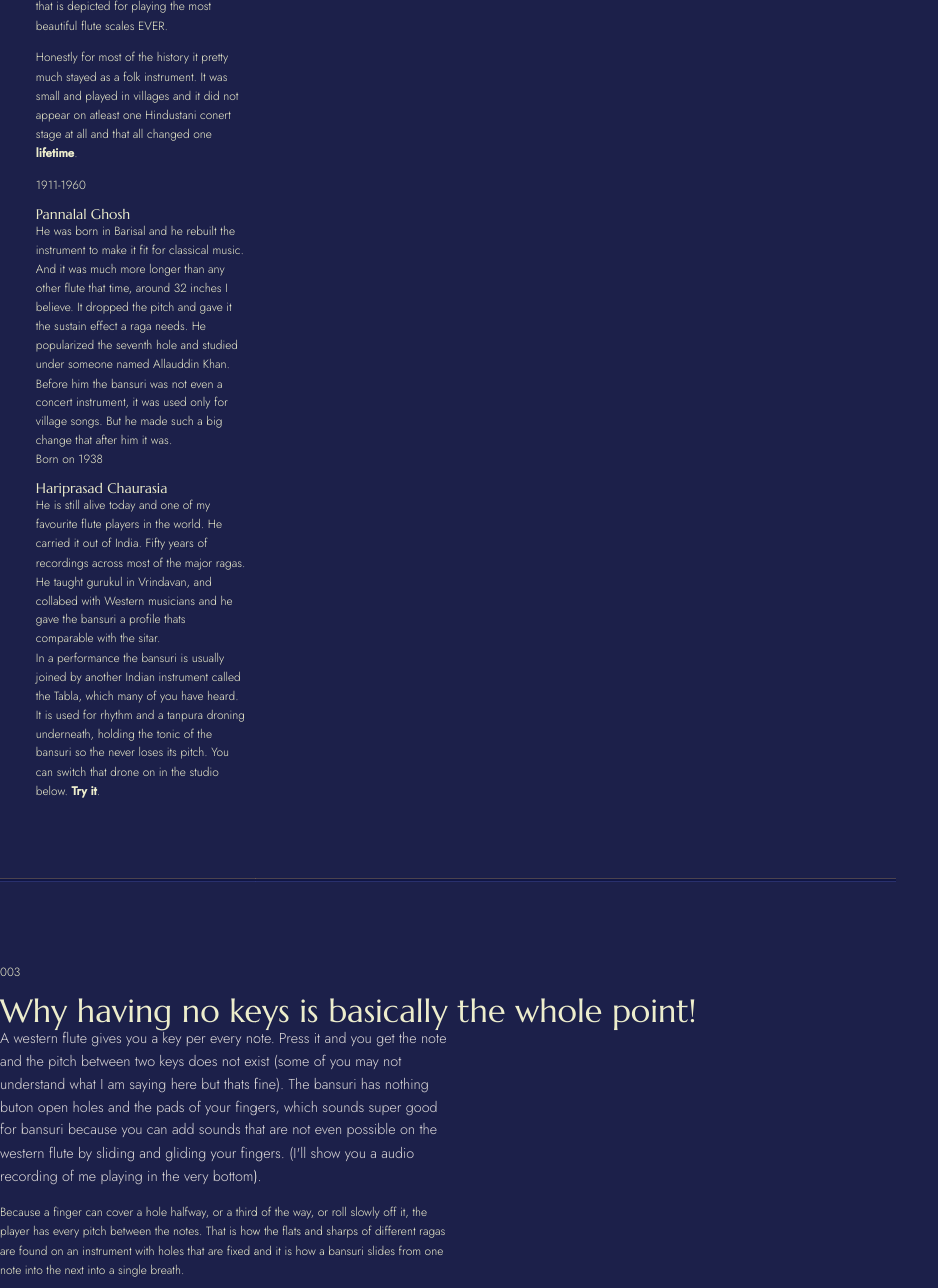
Repository: manayparikh1/Bansi
Page: index.html
An editor plug-in stored every save of this project. The page is shown before and after the next save, followed by the edit.
The browser window is 1280 px wide. The page is 1340 px wide, so the pictures cover 1340 px, including what lies to the right of the window. The pictures show the part of the page from y = 3022 to 4862 px (the page is 5730 px tall before and 5775 px after), at 70% of full size.

Above is the page before, as saved 2026-09-20 21:11:19.

### index.html
<!DOCTYPE html>
<html lang="en">

<head>
    <meta charset="utf-8">
    <meta name="viewport" content="width=device-width, initial-scale=2.0">
    <title>Bansuri ——— the flute with NO keys</title>
    <link rel="preconnect" href="https://fonts.googleapis.com">
    <link rel="preconnect" href="https://fonts.gstatic.com" crossorigin>
    <link href="https://fonts.googleapis.com/css2?family=Marcellus&family=Jost:wght@300;400;500&display=swap"
        rel="stylesheet">
    <link rel="stylesheet" href="style.css">
</head>

<body>
    <div class="stars"></div>
    <nav class="bar">
        <span class="mark">बाँसुरी</span>
        <div class="links">
            <a href="#what">The bamboo object</a>
            <a href="#story">The story of it</a>
            <a href="#play">How is it actually played?</a>
            <a href="#studio" class="hot">Wanna try it?</a>
        </div>
    </nav>
    <!-- ===Hero=== -->
    <header class="hero" id="top">
        <div class="hero-inner">
            <p class="eyebrow">A cylinder full of life...and bamboo. Six holes. No keys, reeds, or metal anywhere.</p>
            <h1>The flute that<br>breaths like<br><em>a voice</em></h1>
            <p class="stand">
                There is actually nothing inside a bansuri. It is a piece of bamboo that comes in all shapes and sizes.
                And it is closed at one end with the holes of it burned throughout it on its surface by hand. Everything
                else comes out of a player's fingers and breath.
            </p>
            <a class="cta" href="#studio">Play one below? Scroll down.</a>
        </div>

        <div class="hero-flute">
            <div class="tube big">
                <span class="node n1"></span>
                <span class="node n2"></span>
                <span class="blow"></span>
                <span class="hole h0"></span>
                <span class="hole h1"></span>
                <span class="hole h2"></span>
                <span class="hole h3"></span>
                <span class="hole h4"></span>
                <span class="hole h5"></span>
            </div>
        </div>
        <a class="scroll-hint" href="#what">scroll</a>
    </header>

    <!-- ==1. the object-->
    <section class="band" id="what">
        <div class="wrap two-col">
            <div class="col-head">
                <p class="num">01</p>
                <h2>What even is a Bansuri?</h2>
            </div>
            <div class="col-body">
                <p class="lead">
                    A bansuri is a piece of bamboo and it is closed at one end with a blowing hole cut a few centimeters
                    from the end thats closed and that are around 6 to 7 finger holes running down the body of it (the
                    bamboo). That is basically the entire design, so no mechnical keys or any kind of mechanism is
                    added.
                </p>
                <p>
                    Flutists or flautists hold it sideways and they angle it slightly down to the right, and blow across
                    the edge of the hole instead of actually into it. The length of the bamboo decides the pitch of the
                    sound.
                </p>
                <div class="fact">
                    <b>6, 7</b>
                    <span>holes instead of keys for your fingers</span>
                </div>
                <div class="fact"><b>2.5</b><span>the octaves from six different holes</span></div>
                <div class="fact"><b>30, 75</b></div>
                <div class="fact"><b>1</b></span>piece of bamboo</div>
            </div>]

            <p class="aside-note">
                The same exact instrument turns up across the subcontinent under dozens of names for example bansi,
                marali,
                pullankuzhal, and venuvu and in the south its called venu which is basically a type of bansuri and it
                has I
                think eight holes and it plays with a bright tone in my opinion.
            </p>
        </div>
        </div>
    </section>
    <!-- == 2.story -->
    <section class="band tint" id="story">
        <div class="wrap two-col">
            <div class="col-head">
                <p class="num">02</p>
                <h2>From being a cow herdler to performing in a concert hall.</h2>
            </div>
            <div class="col-body">
                <p class="hello">
                    The bamboo flute (bansuri) is so old that nobody can actuall date it. And it is carved into various
                    religious temple walls like Buddhist, Hindu, and Jain. It is super important for Krishna, who is a
                    Hindu god that is depicted for playing the most beautiful flute scales EVER.
                </p>
                <p>
                    Honestly for most of the history it pretty much stayed as a folk instrument. It was small and played
                    in villages and it did not appear on atleast one Hindustani conert stage at all and that all changed
                    one <strong>lifetime</strong>.
                </p>

                <div class="people">
                    <div class="person">
                        <p class="years">1911-1960</p>
                        <h3>Pannalal Ghosh</h3>
                        <p>
                            He was born in Barisal and he rebuilt the instrument to make it fit for classical music. And
                            it was much more longer than any other flute that time, around 32 inches I believe. It
                            dropped the pitch and gave it the sustain effect a raga needs. He popularized the seventh
                            hole and studied under someone named Allauddin Khan. Before him the bansuri was not even a
                            concert instrument, it was used only for village songs. But he made such a big change that
                            after him it was.
                        </p>
                    </div>
                    <div class="person">
                        <p class="years">Born on 1938</p>
                        <h3>Hariprasad Chaurasia</h3>
                        <p>
                            He is still alive today and one of my favourite flute players in the world. He carried it
                            out of India. Fifty years of recordings across most of the major ragas. He taught gurukul in
                            Vrindavan, and collabed with Western musicians and he gave the bansuri a profile thats
                            comparable with the sitar.
                        </p>
                    </div>
                </div>
                <p class="tabla">
                    In a performance the bansuri is usually joined by another Indian instrument called the Tabla, which
                    many of you have heard. It is used for rhythm and a tanpura droning underneath, holding the tonic of
                    the bansuri so the never loses its pitch. You can switch that drone on in the studio below.
                    <strong>Try it</strong>.
                </p>
            </div>
        </div>
    </section>
    <!--==3. how is it ac played-->
    <section class="band" id="play" <div class="wrap two-col">

        <div class="col-head" <p class="num">003</p>
            <h2>Why having no keys is basically the whole point!</h2>
            <div>
                <div class="col-body">
                    <p class="lead">
                        A western flute gives you a key per every note. Press it and you get the note and the pitch
                        between two keys does not exist (some of you may not understand what I am saying here but thats
                        fine). The bansuri has nothing buton open holes and the pads of your fingers, which sounds super
                        good for bansuri because you can add sounds that are not even possible on the western flute by
                        sliding and gliding your fingers. (I'll show you a audio recording of me playing in the very
                        bottom).
                    </p>
                    <p>
                        Because a finger can cover a hole halfway, or a third of the way, or roll slowly off it, the
                        player has every pitch between the notes. That is how the flats and sharps of different ragas
                        are found on an instrument with holes that are fixed and it is how a bansuri slides from one
                        note into the next into a single breath.
                    </p>
                    <p>
                        The seven swaras are <b>Sa Re Ga Ma Pa Dha Ni</b>, and Sa is not a fixed frequency surprisingly.
                        It is wherever the flute of the player sits.
                    </p>
                    <div class="rowforswaras">
                        <span>सा<i>Sa</i></span><span>रे<i>Re</i></span><span>ग<i>Ga</i></span>
                        <span>म<i>Ma</i></span><span>प<i>Pa</i></span><span>ध<i>Dha</i></span>
                        <span>नि<i>Ni</i></span>
                    </div>
                </div>
            </div>
    </section>
    <!-- ===4.Studio=== -->
    <section class="thestudio" id="thestudio">
        <div class="wrap">
            <header class="studio-head">
                <p class="gold">The studio</p>
                <h2>Play it <strong>without</strong> blowing</h2>
                <p class="studiosub">
                    Press the swara pads or use the row of your keyboard
                    <kbd>A</kbd><kbd>S</kbd><kbd>D</kbd><kbd>F</kbd><kbd>G</kbd><kbd>H</kbd><kbd>J</kbd><kbd>K</kbd>.
                    Hold a note to keep it sustained and the flute above will show you which holes a real player would
                    be covering (as an example).
                </p>
            </header>
            <!-- the main primary instrument with the actually tube creation-->
            <div class="instrument" id="theflute">
                <div class="tube">
                    <span class="node n1"></span>
                    <span class="node n2"></span>
                    <span class="node n3"></span>
                    <span class="blow"></span>
                    <span class="hole h0" id="h0"></span>
                    <span class="hole h1" id="h1"></span>
                    <span class="hole h2" id="h2"></span>
                    <span class="hole h3" id="h3"></span>
                    <span class="hole h4" id="h4"></span>
                    <span class="hole h5" id="h5"></span>
                    <!-- only these much holes are enough because its good for beginners. -->
                </div>
                <p class="breath" id="breath">resting</p>
            </div>
            <!-- Controls -->
            <div class="thedesk">
                <div class="set">
                    <p class="set-label">Raga Colour</p>
                    <div class="thechips" id="thaats">
                        <button type="button" class="chip on" data-thaat="bilwal">Bilwal<i>all natural</i></button>
                        <button type="button" class="chip" data-thaat="yaman">Yaman<i>Ma is sharp</i></button>
                        <button type="button" class="chip" data-thaat="bhairav">Bhairav<i>Re and Dha is flat</i>
                        </button>
                        <button type="button" class="chip" data-thaat="kafi">Kafi<i>Ga and Ni is flat</i></button>
                    </div>
                </div>
                <div class="set">
                    <!-- testing straight from my flute -->
                </div>
                <p class="set-label">Length of the bamboo</p>
                <div class="thechips" id="sizes">
                    <button type="button" class="chip" data-base="220.00">Long<i>deep</i></button>
                    <button type="button" class="chip on" data-base="293.66">Medium<i>middle</i></button>
                    <button type="button" class="chip" data-base="392.00">Short<i>bright</i></button>
                </div>
            </div>
            <div class="set">
                <p class="set-label">Tanpura</p>
                <div class="thechips">
                    <button type="button" class="chip" id="drone">Drone Off</button>
                </div>
            </div>
        </div>
        <!-- Swara pads for the fingerings virtual padss-->
        <div class="thepads" id="thepads"></div>
        <p class="thefootnote">
            It has real fingering and it is super simplified: the lower four swaras are created by uncovering the holes
            one at a time at any speed you want, and the upper four repeat those shapes while the player blows harder
            with more embochure to jump an octave (I will show you that later). The flats and sharps that seperate one
            raga from another are actually found by covering half the hole, which a mouse, cursor or whatever you are
            using to test will not be able to imitate. So you need a real one for that.
        </p>
        </div>
    </section>
    <div class="wrap">
        <!-- this is written in devanagri and it is written the same in hindi and nepali बाँसुरी : flute-->
        <footer class="foot">
            <p class="foot-big">बाँसुरी</p>
            <p>A page about a hollow stick that can play as if it sings.</p>
            <p class="small">
                The sound is generated live with the Web Audio Api. If you want to see a page of me with audios of
                playing flute scroll down to the bottom.
            </p>
    </div>
    </footer>
    <!-- above is gonna be the footer -->
    <script src="app.js"></script>
</body>

</html>

### style.css
:root {
    --night: #1c204a;
    --violet: #30397d;
    --deep: #101644;
    --cream: #ededcc;
    --bamboo: #C9A15c;
    --bamboo2: #C9A15c;
    --marigold: #ec9c40;
    --rose: #f17458;
    --peacock: #49925e;
    --muted: #f2f2f2;
    --wrap: 1360px;
    --pad: clamp(20px, 4vw, 64px);
}

* {
    box-sizing: border-box;
}

html {
    scroll-behavior: smooth;
}

body {
    margin: 0;
    color: var(--cream);
    background: var(--night);
    font-family: 'Jost', Helvetica, Arial, sans-serif;
    font-size: 17px;
    font-weight: 300;
    line-height: 1.6;
    overflow-x: hidden;
}

h1,
h2,
h3 {

    font-family: 'Marcellus', Georgia, serif;
    font-weight: 410;
    margin: 0;
    line-height: 1.0;
}

p {
    margin: 0 0 1.1em;
}

p:last-child {
    margin-bottom: 0;
}

b {
    font-weight: 500;
    color: var(--bamboo);
}

em {
    font-style: normal;
    color: var(--marigold);
}

.wrap {
    width: 100%;
    max-width: var(--wrap);
    margin: 0 auto;
    padding: 0 var(--pad);
}

/*-- the field where stars are gonna be added --*/
.stars {
    position: fixed;
    inset: 0;
    z-index: 0;
    pointer-events: none;

    background-image: radial-gradient(1.4px 1.4px at 13% 18%, rgba(243, 234, 217, 0.55) 50%, transparent 51%),
        radial-gradient(1.2px 1.2px at 34% 63%, rgba(243, 234, 217, 0.4) 50%, transparent 51%),
        radial-gradient(1.6px 1.6px at 58% 24%, rgba(243, 234, 217, 0.5) 50%, transparent 51%),
        radial-gradient(1.2px 1.2px at 77% 69%, rgba(243, 234, 217, 0.36) 50%, transparent 51%),
        radial-gradient(1.5px 1.5px at 90% 35%, rgba(243, 234, 217, 0.45) 50%, transparent 51%),
        radial-gradient(1.2px 1.2px at 25% 85%, rgba(243, 234, 217, 0.35) 50%, transparent 51%),
        radial-gradient(1.3px 1.3px at 66% 88%, rgba(243, 234, 217, 0.39) 50%, transparent 51%),
}

body>*:not(.stars) {
    position: relative;
    z-index: 1;
}

/*-- Nav --*/
.bar {
    position: sticky;
    top: 0;
    z-index: 30;
    display: flex;
    justify-content: space-between;
    align-items: center;
    gap: 20px;
    backdrop-filter: blur(8px);
    border-bottom: 1px solid #2a2a5f;
    padding: 15px var(--pad);
    background: rgba(30, 36, 81, 0.87);
}

.mark {
    font-size: 22px;
    font-family: 'Marcellus', serif;
    color: var(--bamboo);
}

.links {
    display: flex;
    gap: 25px;
    flex-wrap: wrap;
}

.links a {
    font-size: 15px;
    color: var(--muted);
    text-decoration: none;
}

.links a:hover {
    color: var(--cream);
}

/* No matter what, marigold should be used for the hot class,
so !important is added to override any other styles that may be applied to it. */
.hot {
    color: var(--marigold) !important;
}

/*hero*/
/* I change the view height a bit to make it more visually appealing */
.hero {
    position: relative;
    min-height: calc(100vh - 57px);
    min-height: calc(100svh - 57px);
    display: flex;
    flex-direction: column;
    justify-content: center;
    padding: 40px var(--pad) 70px;
    background:
        radial-gradient(1100px 620px at 78% 22%, rgba(35, 42, 92, 0.85) 0%, transparent 70%),
        radial-gradient(760px 423px at 8% 85%, rgba(31, 165, 160, 0.1), transparent 70%);
}

.hero-inner {
    max-width: 680px;
}

.eyebrow {
    font-size: 12.5px;
    letter-spacing: 0.22em;
    text-transform: uppercase;
    color: var(--peacock);
    margin-bottom: 22px;
}

.eyebrow.g {
    color: var(--marigold);
}

h1 {
    font-size: clamp(42px, 6.6vw, 96px);
    margin-bottom: 26px;
}

.stand {
    max-width: 56ch;
    font-size: clamp(17px, 2.1vw, 22px);
    color: #7f7f7f;
    margin-bottom: 29px;
}

.cta {
    display: inline-block;
    letter-spacing: 0.05em;
    background: var(--bamboo);
    padding: 14px 29px;
    font-size: 15px;
    color: var(--night);
}

.cta:hover {
    background: var(--marigold);
}

.hero-flute {
    position: absolute;
    right: -5%;
    bottom: 11%;
    width: 62%;
    max-width: 890px;
    transform: rotate(-13.5deg);
    opacity: 0.945;
    pointer-events: none;
    animation: float 9s ease-in-out infinite;
}

/*helps with the animation of the design*/
.scroll-hint {
    position: absolute;
    left: var(--pad);
    bottom: 25px;
    letter-spacing: 0.3em;
    text-transform: uppercase;
    color: var(--muted);
    font-size: 12px;
}

/*bambooo*/
.tube {
    position: relative;
    border-radius: 26px;
    height: 54px;
    background: linear-gradient(180deg, var(--bamboo) 0%, var(--bamboo2) 62%, #6F5124 100%);
}

/*be careful of spacing because there was syntax-errors*/
.tube.big {
    height: 62px;
    border-radius: 30px;
}

.node {
    position: absolute;
    top: 0;
    bottom: 0;
    width: 9px;
    background: rgba(73, 55, 46, 0.5)
}

/* THE FLUTE PIC TyPE OF THING WILL BE ON THE TOP OF THE PAGE (not the testing one) */
.n1 {
    left: 22%
}

.n2 {
    left: 62%;
}

.n3 {
    left: 90%;
}

.blow {
    position: absolute;
    left: 7%;
    top: 50%;
    width: 26px;
    height: 20px;
    margin-top: -10px;
    border-radius: 50%;
    background: rgba(73, 55, 46, 0.5);
}

.hole {
    position: absolute;
    top: 50%;
    width: 20px;
    height: 20px;
    margin-top: -11px;
    border-radius: 50%;
    background: rgba(73, 55, 46, 0.5);
    transition: background 0.09s, box-shadow 0.09s;
}

.h0 {
    left: 31.5%;
}

.h1 {
    left: 41.5%;
}

.h2 {
    left: 51%;
}

.h3 {
    left: 69%;
}

.h4 {
    left: 76.5%;
}

.h5 {
    left: 84%;
}

/*--the bands*/
/*it is the titles of the whole thing (very important for looks+organization*/
.band {
    padding: clamp(70px, 9vw, 130px) 0;
    /*changing it into a dual line which willl look SUPER awesome*/
    border-top: 1px solid var(--violet);
    box-shadow: 0 -3px 0 0 var(--deep), 0 -4px 0 0 rgba(201, 161, 92, 0.4);
}

.band.tint {
    background: linear-gradient(170deg, var(--), var(--night));
}

.two-col {
    display: grid;
    grid-template-columns: minmax(200px, 300px);
    gap: clamp(28px, 5vw, 80px);
    align-items: start;
}

.num {
    font-family: 'Marcellus', serif;
    color: var(--rose);
    margin-bottom: 15px;
    font-size: 16px;
}

h2 {
    font-size: clamp(30px, 3.6vw, 52px);
}

.col-body {
    max-width: 66ch;
}

.lead {
    font-size: clamp(18px, 1.6vw, 21px);
    color: #dcd8d8;
}

.aside-note {
    margin: 26px;
    padding: 18px 22px;
    border-left: 2px solid var(--peacock);
    color: var(--muted);
    font-size: 15px;
}

/*the facts strip with the famous figures*/
.facts {
    display: grid;
    grid-template-columns: repeat(auto-fit, minmax(min(130px, 100%), 1fr));
    gap: 18px;
    /*looks better for reading:*/
    margin-top: 34px;
    margin-bottom: 4px;
    padding-top: 26px;
    border-top: 1px solid var(--violet);
}

.fact b {
    display: block;
    font-family: 'Marcellus', Georgia, serif;
    font-size: clamp(36px, 5vw, 54px);
    color: var(--bamboo);
    line-height: 0.95;
    letter-spacing: -00.03em;
    margin-bottom: 8px;
    text-shadow: 0 2px 12px rgba(201, 161, 91, 0.15);
}

.fact span {
    display: block;
    font-size: 13px;
    color: var(--muted);
    margin-top: 8px;
    line-height: 1.4;
}

/*people*/

Loaded but not shown: app.js (no stored copy; drawn as an empty file)

After the next save:
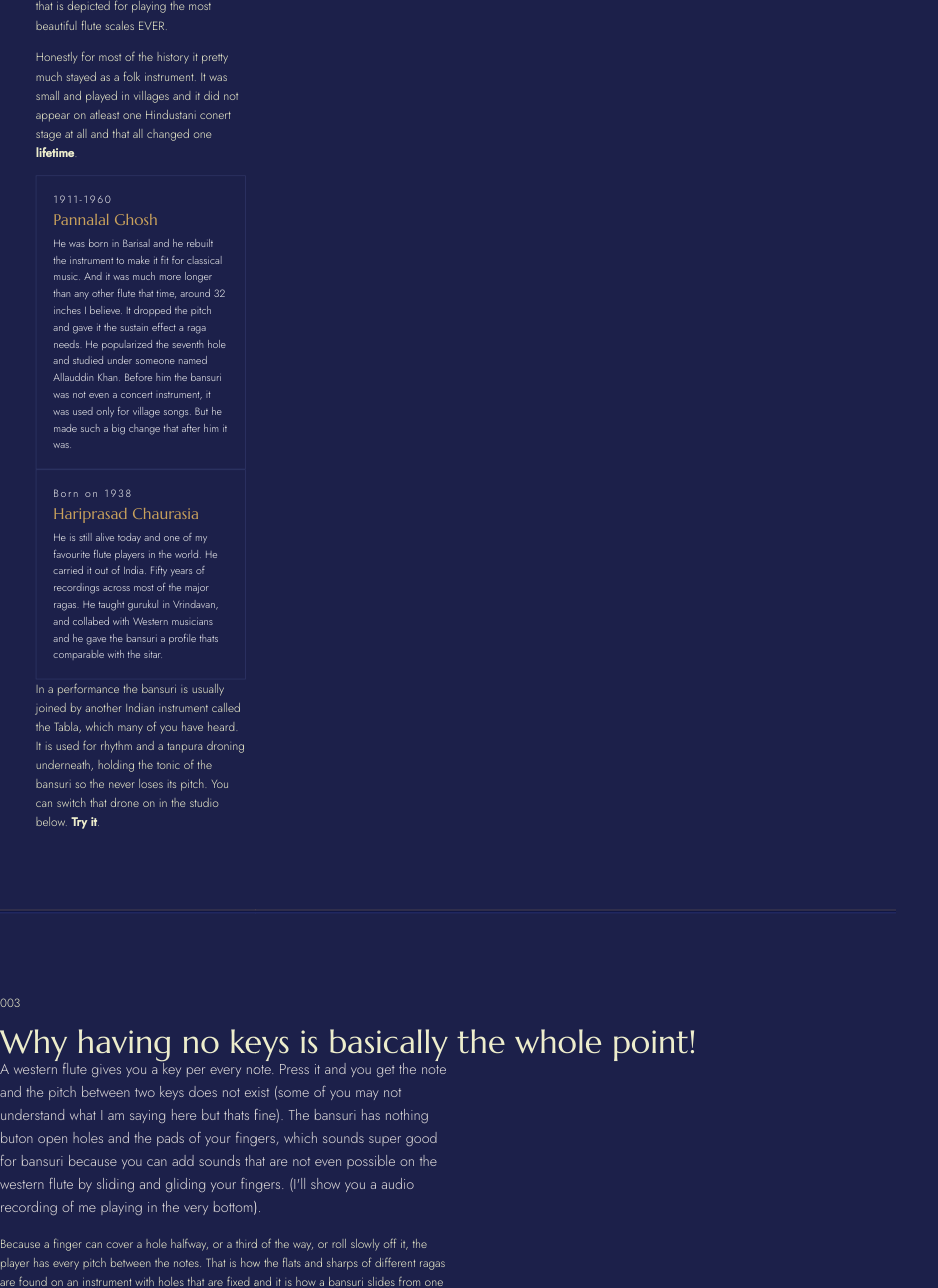
Saved 15 min 19 s later.
--- a/style.css
+++ b/style.css
@@ -371,3 +371,32 @@ h2 {
 }
 
 /*people*/
+.figures {
+    display: grid;
+    grid-template-columns: repeat(auto-fit, minmax(250px, 1fr));
+    gap: 20px;
+    margin-top: 32px;
+}
+
+.person {
+    border: 1px solid #313768;
+    padding: 22px 24px;
+}
+
+.years {
+    font-size: 12px;
+    letter-spacing: 0.16em;
+    color: var(--rose);
+    margin-bottom: 6px;
+}
+
+.person h3 {
+    font-size: 22px;
+    margin-bottom: 10px;
+    color: var(--bamboo);
+}
+
+.person p {
+    font-size: 15px;
+    color: var(--muted);
+}
